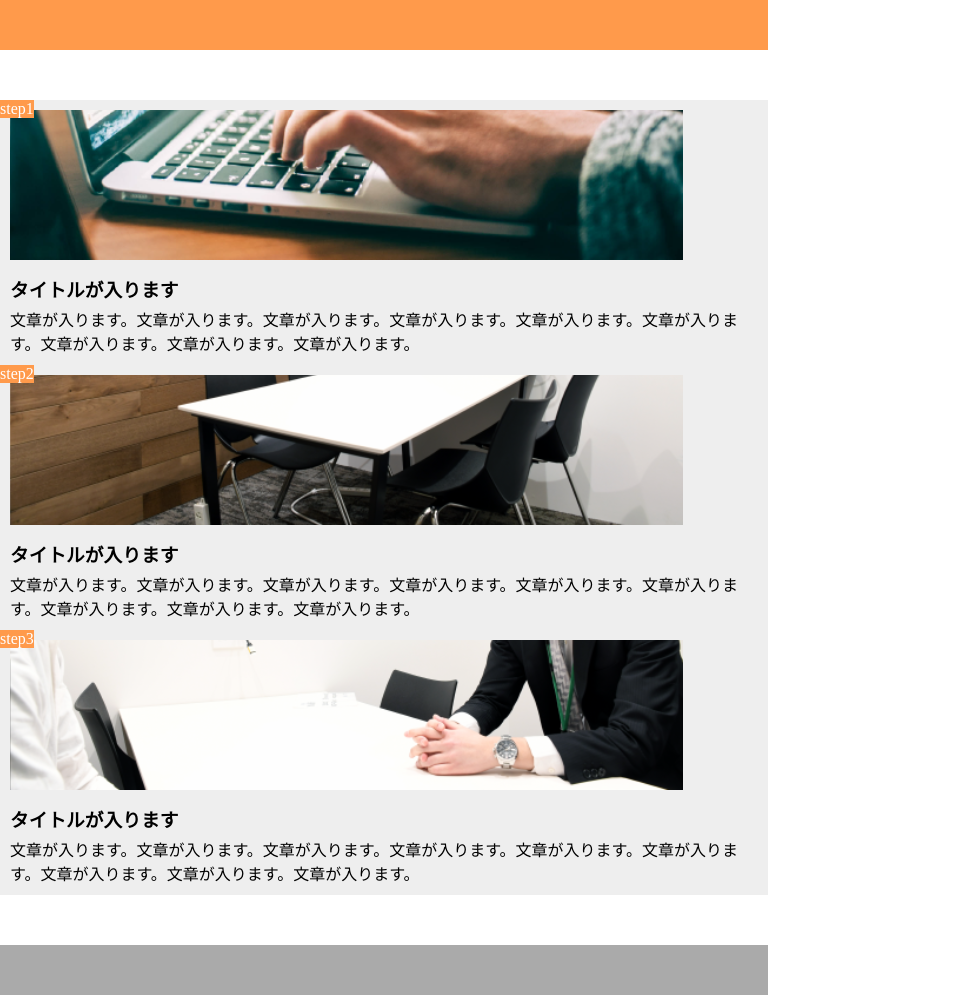
Repository: cacaobucks/git-practice
Page: answer/answer.html
The author's editor kept a record of every edit. The page is drawn from the files as they stood at one moment, then again after the next edit.
The browser window is 768 px wide. The page is 768 px wide, then 960 px, so the pictures cover 960 px, including what lies to the right of the window. The pictures show the whole page.

Above is the page before.

After the next edit:
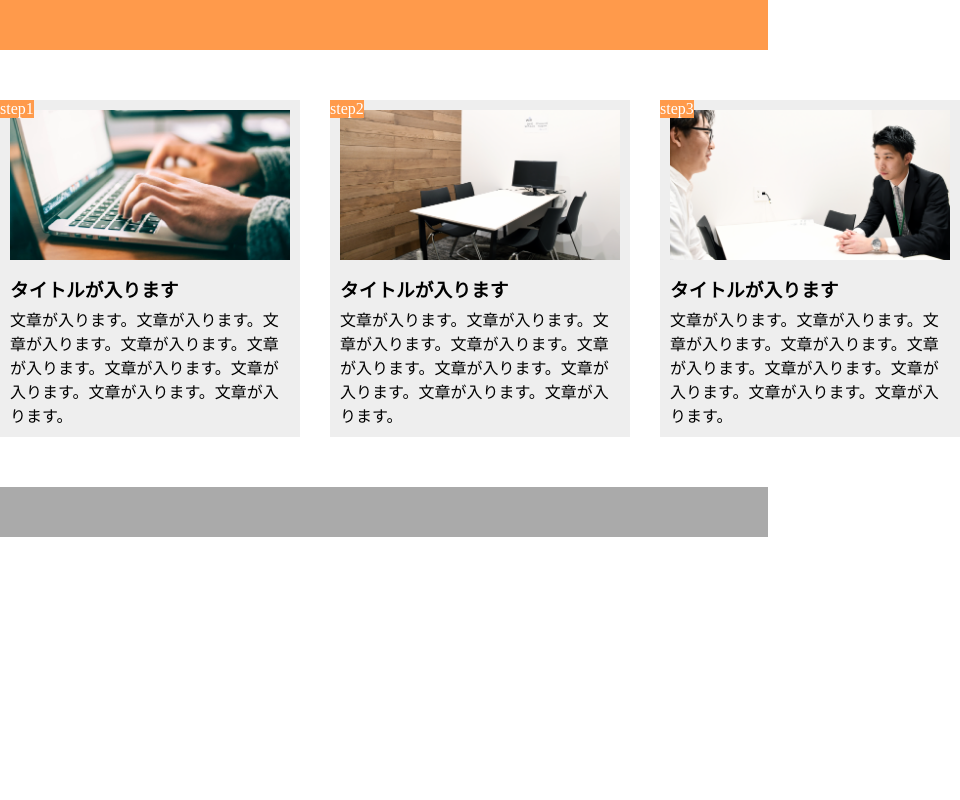
The edit:
--- a/answer/answer.css
+++ b/answer/answer.css
@@ -12,6 +12,7 @@
 main {
   width: 960px;
   margin: 50px auto;
+  display: flex;
 }
 
 .step-box {
@@ -64,21 +65,7 @@
   background-color: #aaa;
 }
 
-
-
-@media screen and (max-width:768px){
-
-main{width: 100%;display: block;}
-
-.step-box{width: 100%}
-
-.step-img1{width: 90%;}
-
-.step-img2{width: 90%;}
-
-.step-img3{width: 90%;}
-
-.step-num{}
-
+/* タブレット縦置きサイズ（768px）以下の際に適用される設定 */
+@media screen and (max-width:768px) {
 
 }
